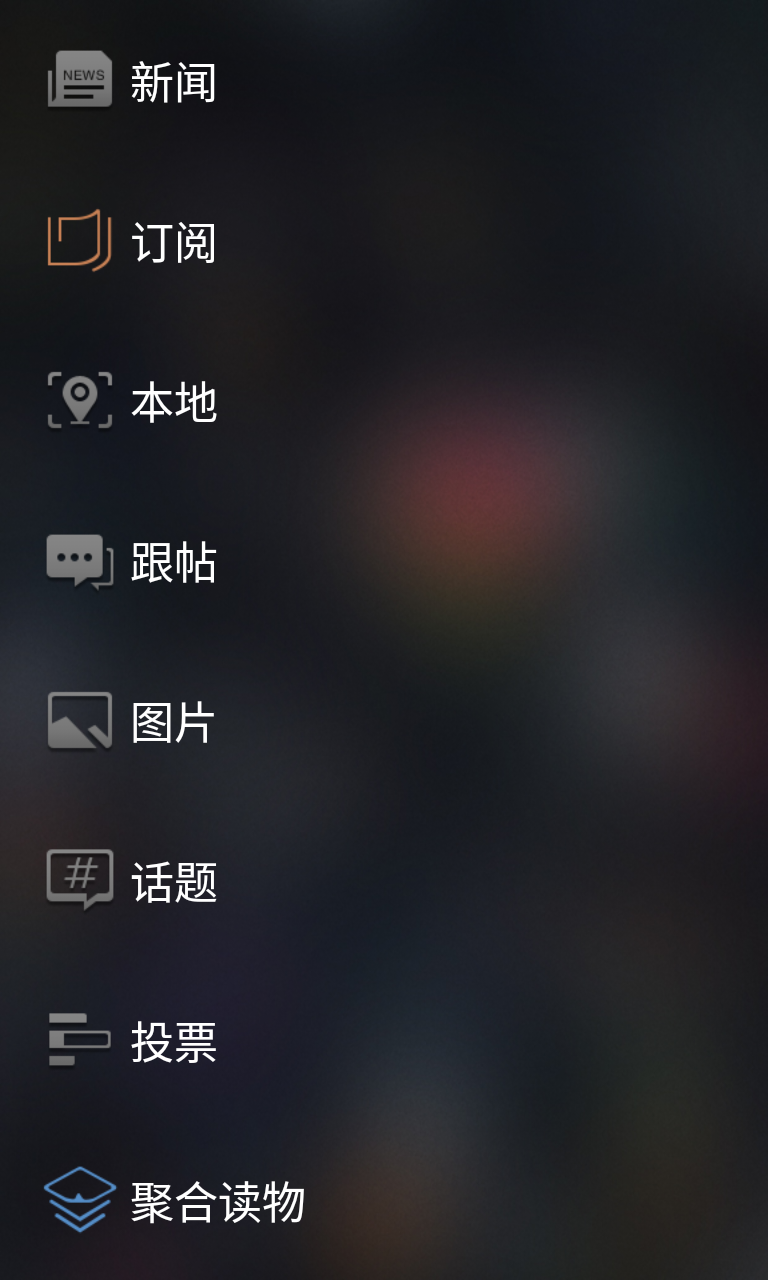
Repository: ASmouse/View
Layout: 05_SlidingMenuDemo14/res/layout/left.xml
An editor plug-in stored every save of this project. The layout is shown before and after the next save, followed by the edit.
It is drawn on a 768 x 1280 px phone screen (xhdpi) without system bars, with theme AppTheme; the app's code is not run.

Above is the layout before, as saved 2015-10-25 02:08:19.

After the next save:
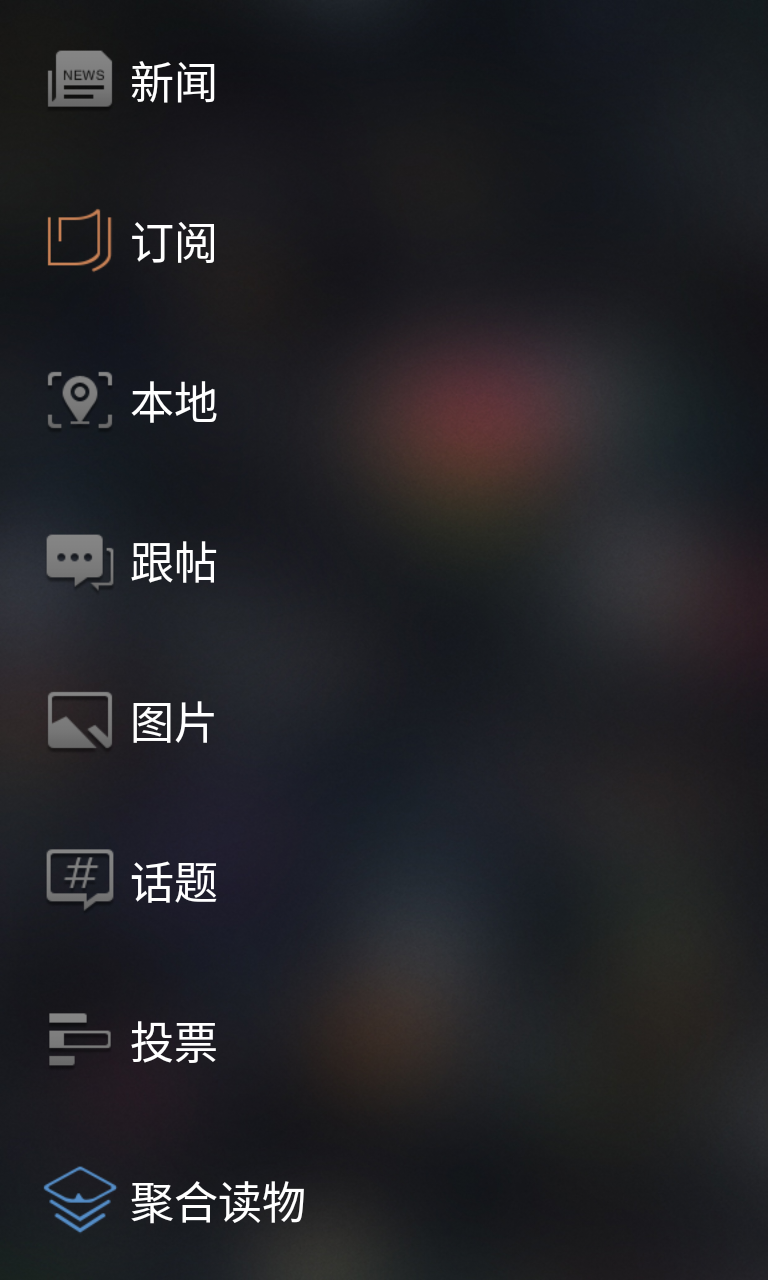
Saved 27 s later.
--- a/05_SlidingMenuDemo14/res/layout/left.xml
+++ b/05_SlidingMenuDemo14/res/layout/left.xml
@@ -3,12 +3,13 @@
     android:layout_width="180dip"
     android:layout_height="match_parent"
     android:fillViewport="true"
+    android:background="@drawable/menu_bg"
     android:scrollbars="none" >
 
     <LinearLayout
         android:layout_width="match_parent"
         android:layout_height="match_parent"
-        android:background="@drawable/menu_bg"
+
         android:orientation="vertical" >
 
         <TextView
